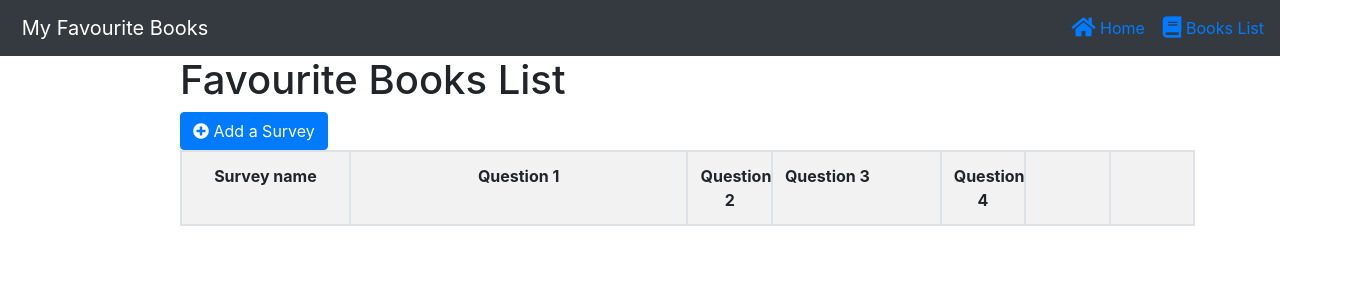
Repository: lord-NAVY/titans
Page: http://localhost/book-list
An editor plug-in stored every save of this project. The page is shown before and after the next save, followed by the edit.
The browser window is 1280 px wide. The page is 1280 px wide, then 1363 px, so the pictures cover 1363 px, including what lies to the right of the window. The pictures show the whole page.
The page is served by the project's Node server (server.js). Other server files are loaded and not shown. Queries for data that is not in the repository find no rows.

Above is the page before, as saved 2021-11-09 20:54:59.

### server/views/book/index.ejs
<%- include ../partials/header.ejs %>

<%- include ../partials/main_nav.ejs %>


  <!-- Main Content -->
  <main class="container">
    <div class="row">
        <div class="offset-md-1 col-md-11">
            <h1>Favourite Books List</h1>

            <!-- FIX THE ADD BUTTON BELOW -->
            <a href="/book-list/add" class="btn btn-primary" role="button">
            <i class="fas fa-plus-circle"></i> Add a Survey</a>
            <br>
            <table class="table table-bordered table-striped table-hover">
                <!-- Header Row-->
                <tr class="d-flex">
                    <th class="text-center col-2">Survey name</th>
                    <th class="text-center col-4">Question 1</th>
                    <th class="text-center col-1">Question 2</th>
                    <th class="col-2">Question 3</th>
                    <th class="text-center col-1">Question 4</th>
                    <th class="text-center col-1"></th>
                    <th class="text-center col-1"></th>
                </tr>

                <!-- Repeatable Template Row -->

                <% for(let count = 0; count < BookList.length; count++) { %>
                    <tr class="d-flex">
                        <td class="text-center col-2"><%= BookList[count].Title%></td>
                        <td class="text-center col-4"><%= BookList[count].Description %></td>
                        <td class="text-center col-1"><%= BookList[count].Price%></td>
                        <td class="col-2"><%= BookList[count].Author %></td>
                        <td class="text-center col-1"><%= BookList[count].Genre %></td>
                        <td class="text-center col-1">

                    <!-- ADD the EDIT BUTTON HERE -->


                            <a href="/book-list/edit/<%= BookList[count]._id %>" class="btn btn-primary btn-sm">
                            <i class="fas fa-pencil-alt"></i> Edit</a>
                        </td>
                        <td class="text-center col-1">

                         <!-- ADD the DELETE BUTTON HERE -->
                            <a href="/book-list/delete/<%= BookList[count]._id %>" class="btn btn-danger btn-sm">
                            <i class="fas fa-trash-alt"></i> Delete</a>
                        </td>
                    </tr>
                <% } %>
            </table>
        </div>
    </div>
  </main>

### server/views/partials/main_nav.ejs
<!-- Main Navigation -->
  <nav class="navbar navbar-expand-lg navbar-dark bg-dark">
      <a class="navbar-brand" href="/"><i class="fa fa-bookmark-o"></i> My Favourite Books</a>
    <button class="navbar-toggler" type="button" data-toggle="collapse" data-target="#navbarSupportedContent" aria-controls="navbarSupportedContent" aria-expanded="false" aria-label="Toggle navigation">
      <span class="navbar-toggler-icon"></span>
    </button>

    <div class="collapse navbar-collapse" id="navbarSupportedContent">
      <ul class="navbar-nav ml-auto">

           <% if(title == "Home") { %>
          <li class="active"><a href="/"><i class="fa fa-home fa-lg"></i> Home   &nbsp; &nbsp; </a></li>
        <% } else { %>
          <li><a href="/"><i class="fa fa-home fa-lg"></i> Home &nbsp; &nbsp;   </a></li>
        <% } %>

          <% if(title == "books") { %>
          <li class="active"><a href="/books"><i class="fa fa-book fa-lg">
          </i>    Books List</a></li>
          <% } else { %>
            <li><a href="/book-list"><i class="fa fa-book fa-lg">
            </i>   Books List</a></li>
          <% } %>
</ul>
    </div>
  </nav>

### server.js
#!/usr/bin/env node

/* server.js
Students's name: Arshpreet Singh
StudentID: 301174738
Date: 31 October, 2021
*/

/**
 * Module dependencies.
 */

var app = require('./server/config/app');
var debug = require('debug')('week-4:server');
var http = require('http');

/**
 * Get port from environment and store in Express.
 */

var port = normalizePort(process.env.PORT || '3000');
app.set('port', port);

/**
 * Create HTTP server.
 */

var server = http.createServer(app);

/**
 * Listen on provided port, on all network interfaces.
 */

server.listen(port);
server.on('error', onError);
server.on('listening', onListening);

/**
 * Normalize a port into a number, string, or false.
 */

function normalizePort(val) {
  var port = parseInt(val, 10);

  if (isNaN(port)) {
    // named pipe
    return val;
  }

  if (port >= 0) {
    // port number
    return port;
  }

  return false;
}

/**
 * Event listener for HTTP server "error" event.
 */

function onError(error) {
  if (error.syscall !== 'listen') {
    throw error;
  }

  var bind = typeof port === 'string'
    ? 'Pipe ' + port
    : 'Port ' + port;

  // handle specific listen errors with friendly messages
  switch (error.code) {
    case 'EACCES':
      console.error(bind + ' requires elevated privileges');
      process.exit(1);
      break;
    case 'EADDRINUSE':
      console.error(bind + ' is already in use');
      process.exit(1);
      break;
    default:
      throw error;
  }
}

/**
 * Event listener for HTTP server "listening" event.
 */

function onListening() {
  var addr = server.address();
  var bind = typeof addr === 'string'
    ? 'pipe ' + addr
    : 'port ' + addr.port;
  debug('Listening on ' + bind);
}

### server/controllers/book.js
/* book.js
Students's name: Arshpreet Singh
StudentID: 301174738
Date: 31 October, 2021
Web app name: COMP229-F2021-MidTerm-301174738
*/

let express = require('express');
let router = express.Router();
let mongoose = require('mongoose');

// create a reference to the model
let Book = require('../models/book');

module.exports.displayBookList = (req, res, next) => {
    Book.find((err, bookList) => {
        if(err)
        {
            return console.error(err);
        }
        else
        {
            //console.log(BookList);

            res.render('book/index', {title: 'Books', BookList: bookList});
        }
    });
}

module.exports.displayAddPage = (req, res, next) => {
    res.render('book/details', {title: 'Add Book'})
}

module.exports.processAddPage = (req, res, next) => {
    let newBook = Book({
        "Title": req.body.Title,
        "Author": req.body.Author,
        "Genre": req.body.Genre,
        "Description": req.body.Description,
        "Price": req.body.Price
    });

    Book.create(newBook, (err, Book) =>{
        if(err)
        {
            console.log(err);
            res.end(err);
        }
        else
        {
            // refresh the book list
            res.redirect('/book-list');
        }
    });

}

module.exports.displayEditPage = (req, res, next) => {
    let id = req.params.id;

    Book.findById(id, (err, bookToEdit) => {
        if(err)
        {
            console.log(err);
            res.end(err);
        }
        else
        {
            //show the edit view
            res.render('book/edit', {title: 'Edit Book', book: bookToEdit})
        }
    });
}

module.exports.processEditPage = (req, res, next) => {
    let id = req.params.id

    let updatedBook = Book({
        "_id": id,
        "Title": req.body.Title,
        "Author": req.body.Author,
        "Genre": req.body.Genre,
        "Description": req.body.Description,
        "Price": req.body.Price
    });

    Book.updateOne({_id: id}, updatedBook, (err) => {
        if(err)
        {
            console.log(err);
            res.end(err);
        }
        else
        {
            // refresh the book list
            res.redirect('/book-list');
        }
    });
}

module.exports.performDelete = (req, res, next) => {
    let id = req.params.id;

    Book.remove({_id: id}, (err) => {
        if(err)
        {
            console.log(err);
            res.end(err);
        }
        else
        {
             // refresh the book list
             res.redirect('/book-list');
        }
    });
}

### public/Content/app.css
/* app.css
Students's name: Arshpreet Singh
StudentID: 301174738
Date: 31 October, 2021
Web app name: COMP229-F2021-MidTerm-301174738
*/

/* custom css goes here */

Loaded but not shown: server/views/partials/header.ejs (common file)

After the next save:
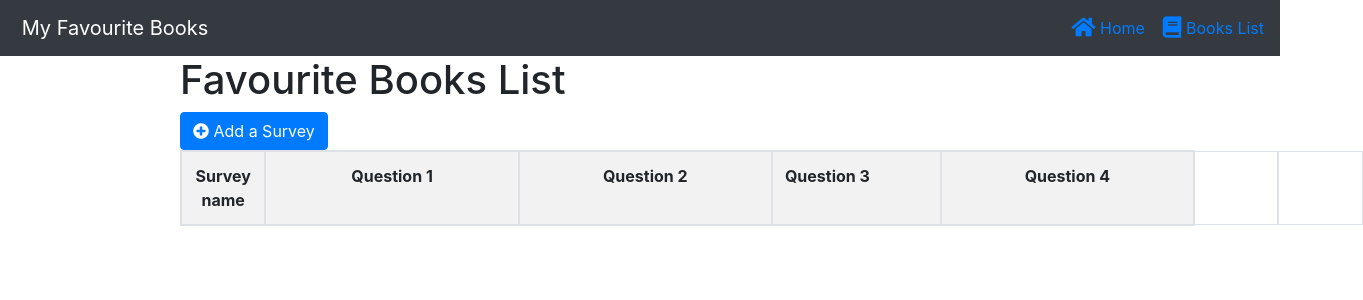
Saved 16 s later.
--- a/server/views/book/index.ejs
+++ b/server/views/book/index.ejs
@@ -16,11 +16,11 @@
             <table class="table table-bordered table-striped table-hover">
                 <!-- Header Row-->
                 <tr class="d-flex">
-                    <th class="text-center col-2">Survey name</th>
-                    <th class="text-center col-4">Question 1</th>
-                    <th class="text-center col-1">Question 2</th>
+                    <th class="text-center col-1">Survey name</th>
+                    <th class="text-center col-3">Question 1</th>
+                    <th class="text-center col-3">Question 2</th>
                     <th class="col-2">Question 3</th>
-                    <th class="text-center col-1">Question 4</th>
+                    <th class="text-center col-3">Question 4</th>
                     <th class="text-center col-1"></th>
                     <th class="text-center col-1"></th>
                 </tr>
